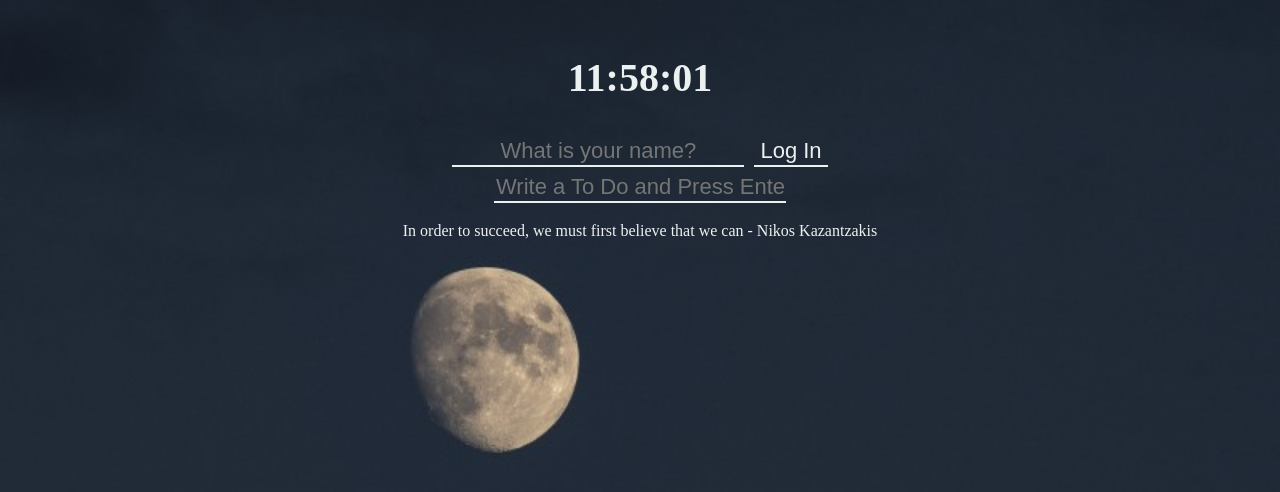
Repository: MIJI-H/chrome
Page: index.html
An editor plug-in stored every save of this project. The page is shown before and after the next save, followed by the edit.
The browser window is 1280 px wide. The pictures show the whole page.

Above is the page before, as saved 2024-01-27 12:46:12.

After the next save:
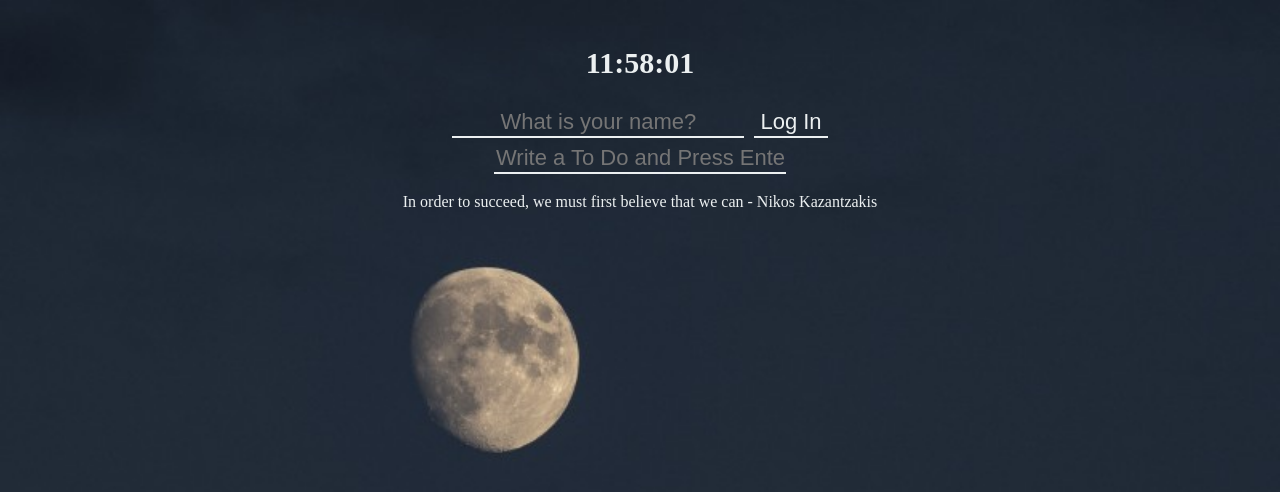
Saved 35 s later.
--- a/css/style.css
+++ b/css/style.css
@@ -55,7 +55,7 @@ button{
 }
 
 #clock {
-    font-size: 40px;
+    font-size: 30px;
 }
 
 .form,
